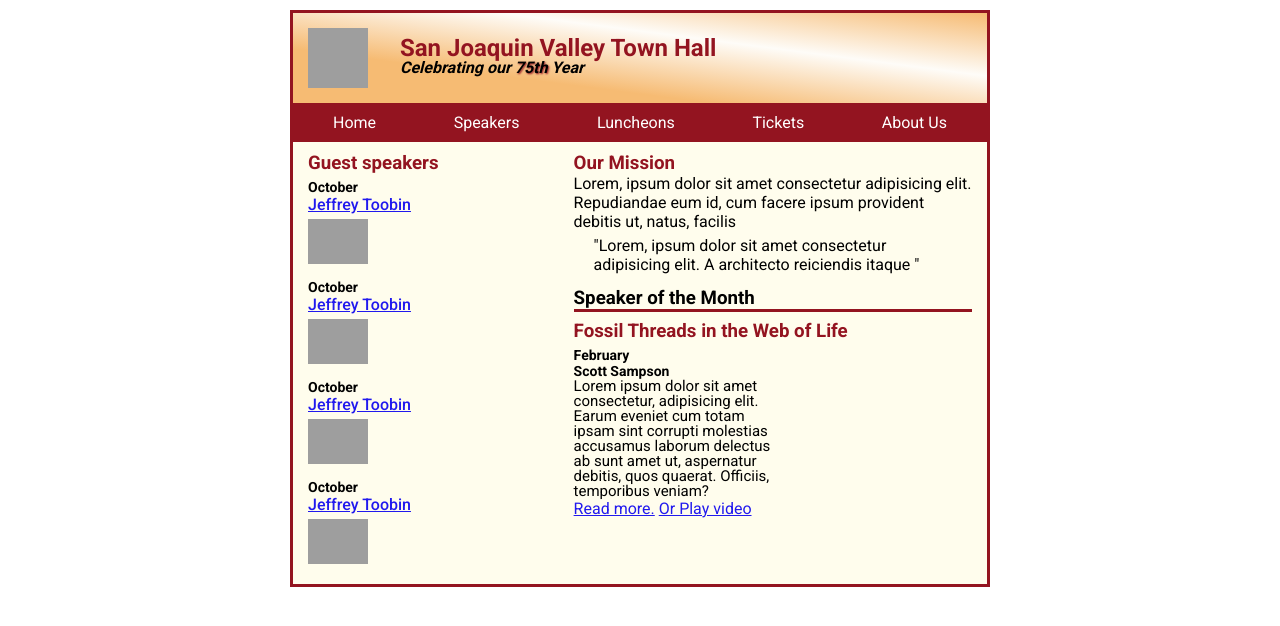
Repository: Mannj-nef/ex-5-6-7-8_IvVettech
Page: index.html
These files come from the project's save history. The page is drawn as it stood at one moment and after the next save; the edit follows.
The browser window is 1280 px wide. The pictures show the whole page.
Pictures or frames that could not be fetched are drawn as grey boxes.

Above is the page before, as saved 2022-03-24 22:40:53.

After the next save:
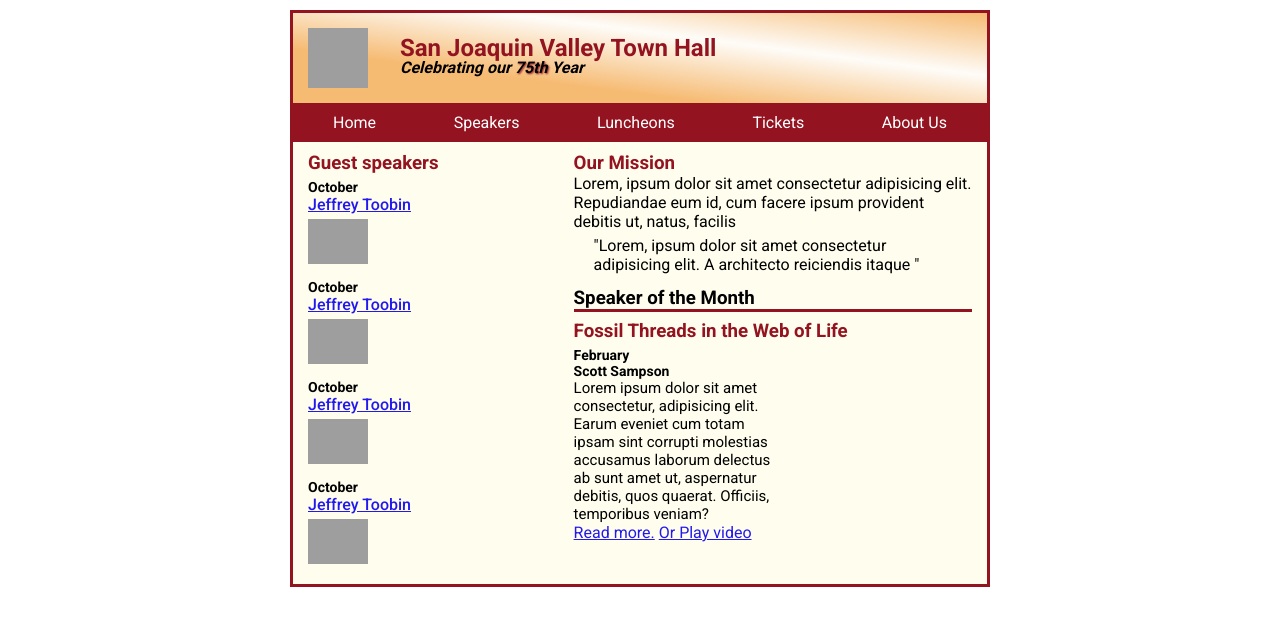
Saved 6 s later.
--- a/Asset/style.css
+++ b/Asset/style.css
@@ -134,7 +134,7 @@ html {
 }
 .constent-right__center-desc {
   font-size: 15px;
-  line-height: 1;
+  line-height: 1.2;
 }
 .constent-right__center-link {
   color: var(--blue-color);
